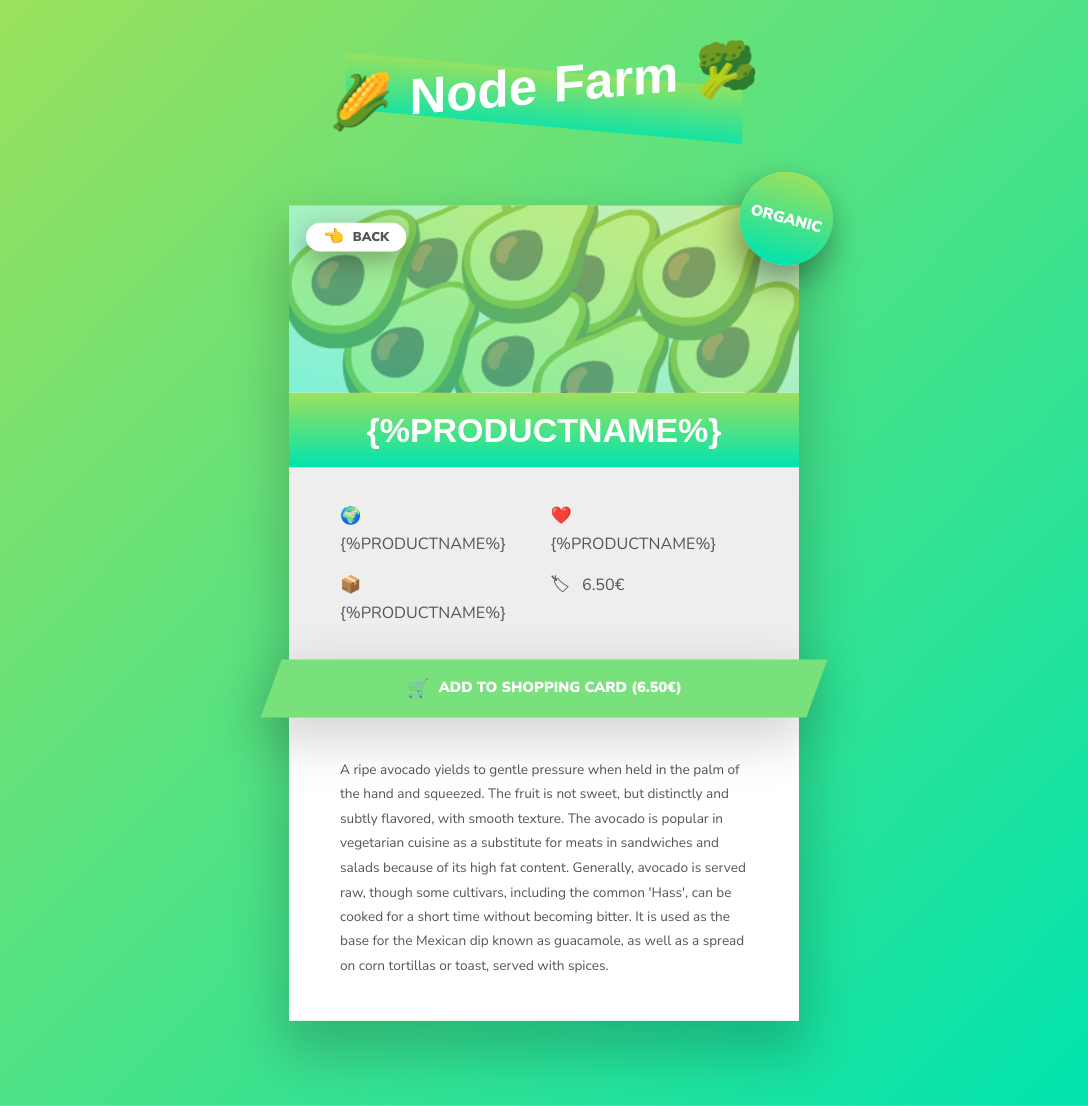
Repository: Tiantian-C/node2
Page: templates/product.html
The author's editor kept a copy of each file at every save. The page is drawn from the files as they stood at one save, then again after a run of saves.
The browser window is 1280 px wide. The pictures show the whole page, at 85% of full size.
Some web fonts or font styles are not loaded; a fallback is used.

Above is the page before, as saved 2023-07-15 15:27:20.

After the next 2 saves:
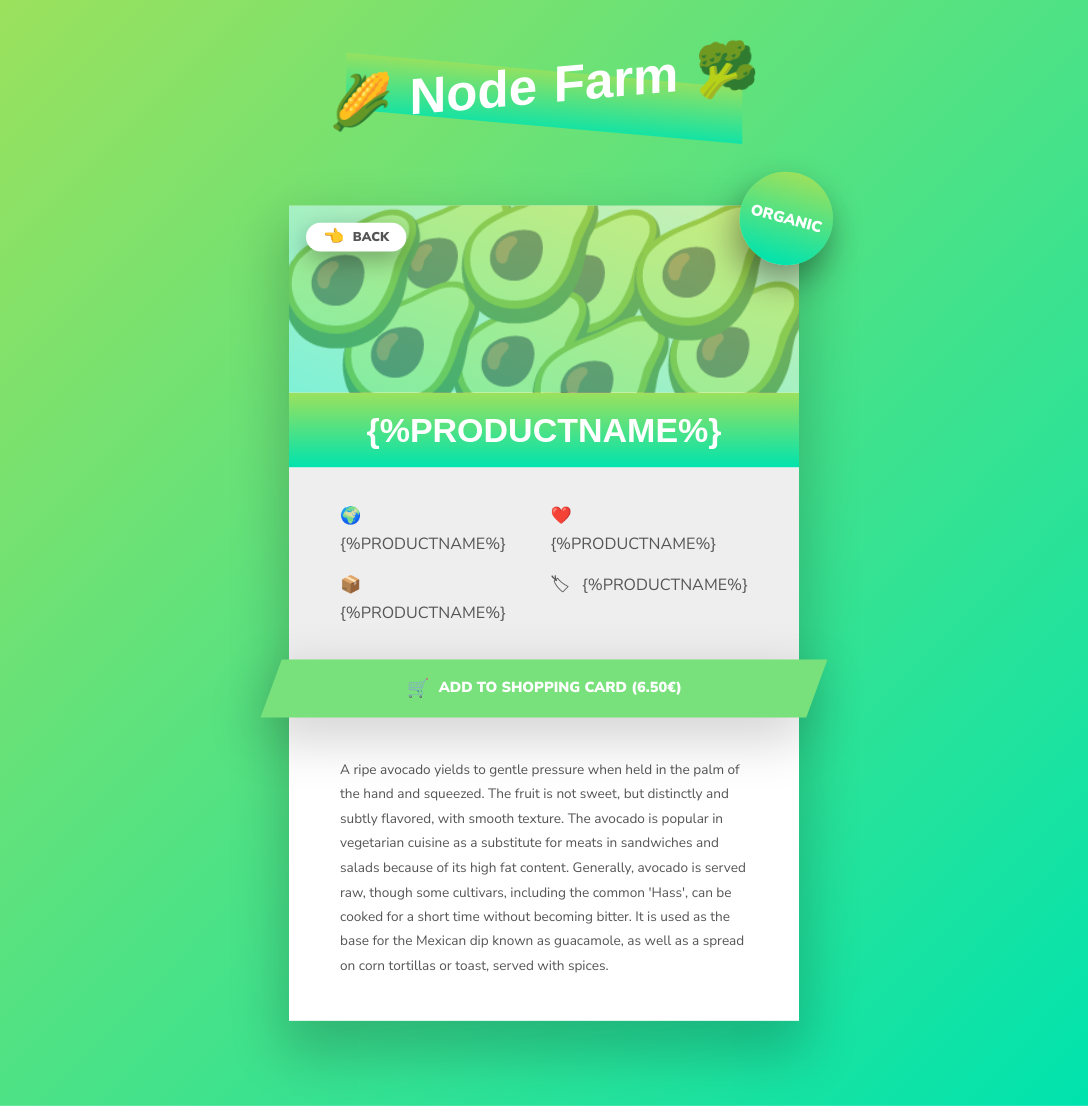
The 2 saves are shown as one change because they came seconds apart.
The last was saved 5 s later.
--- a/templates/product.html
+++ b/templates/product.html
@@ -32,14 +32,14 @@
       body {
         padding: 5rem 5rem 10rem;
         line-height: 1.7;
-        font-family: 'Nunito Sans', sans-serif;
+        font-family: "Nunito Sans", sans-serif;
         color: #555;
         min-height: 100vh;
         background: linear-gradient(to bottom right, #9be15d, #00e3ae);
       }
 
       h1 {
-        font-family: 'Megrim', sans-serif;
+        font-family: "Megrim", sans-serif;
         font-size: 6rem;
         color: white;
         transform: skewY(-5deg);
@@ -49,7 +49,7 @@
       }
 
       h1::before {
-        content: '';
+        content: "";
         display: block;
         height: 65%;
         width: 49%;
@@ -83,7 +83,7 @@
       }
 
       .product__hero::before {
-        content: '';
+        content: "";
         display: block;
         height: 100%;
         width: 100%;
@@ -198,7 +198,7 @@
       .product__name {
         background: linear-gradient(to bottom, #9be15d, #00e3ae);
         padding: 1rem;
-        font-family: 'Megrim', sans-serif;
+        font-family: "Megrim", sans-serif;
         font-size: 4rem;
         color: white;
         text-align: center;
@@ -290,7 +290,7 @@
           <p><span class="emoji-left">🌍</span> {%PRODUCTNAME%}</p>
           <p><span class="emoji-left">❤️</span> {%PRODUCTNAME%}</p>
           <p><span class="emoji-left">📦</span> {%PRODUCTNAME%}</p>
-          <p><span class="emoji-left">🏷</span> 6.50€</p>
+          <p><span class="emoji-left">🏷</span> {%PRODUCTNAME%}</p>
         </div>
 
         <a href="#" class="product__link">
@@ -310,7 +310,6 @@
           served with spices.
         </p>
       </figure>
-
     </div>
   </body>
 </html>
